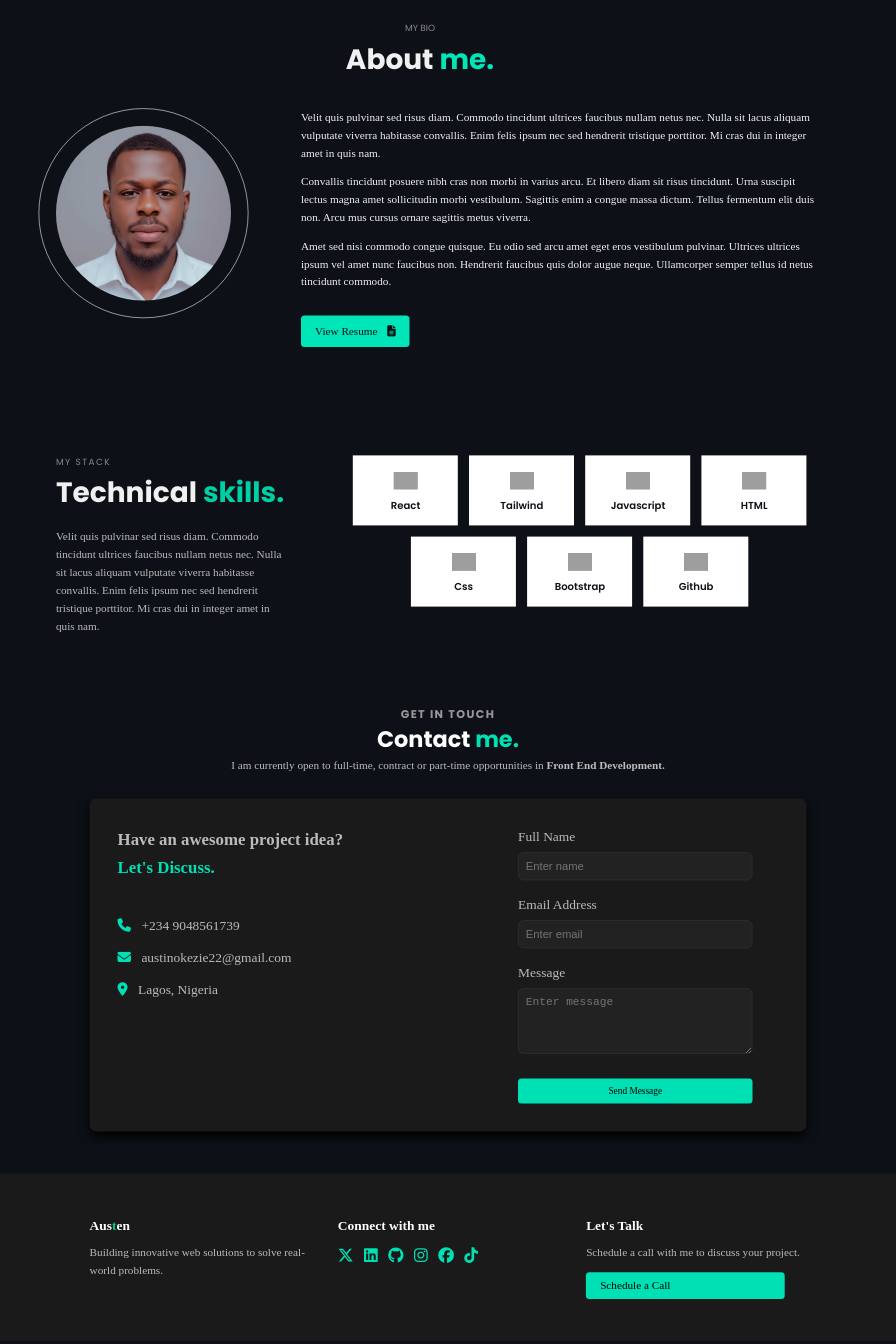
Repository: Austinokezie/Myportfolio
Page: index.html
The author's editor kept a copy of each file at every save. The page is drawn from the files as they stood at one save, then again after the next save.
The browser window is 1280 px wide. The pictures show the part of the page from y = 2021 to 3941 px (the page is 3941 px tall), at 70% of full size.
Pictures or frames that could not be fetched are drawn as grey boxes. Some web fonts or font styles are not loaded; a fallback is used.

Above is the page before, as saved 2025-10-15 01:14:08.

After the next save:
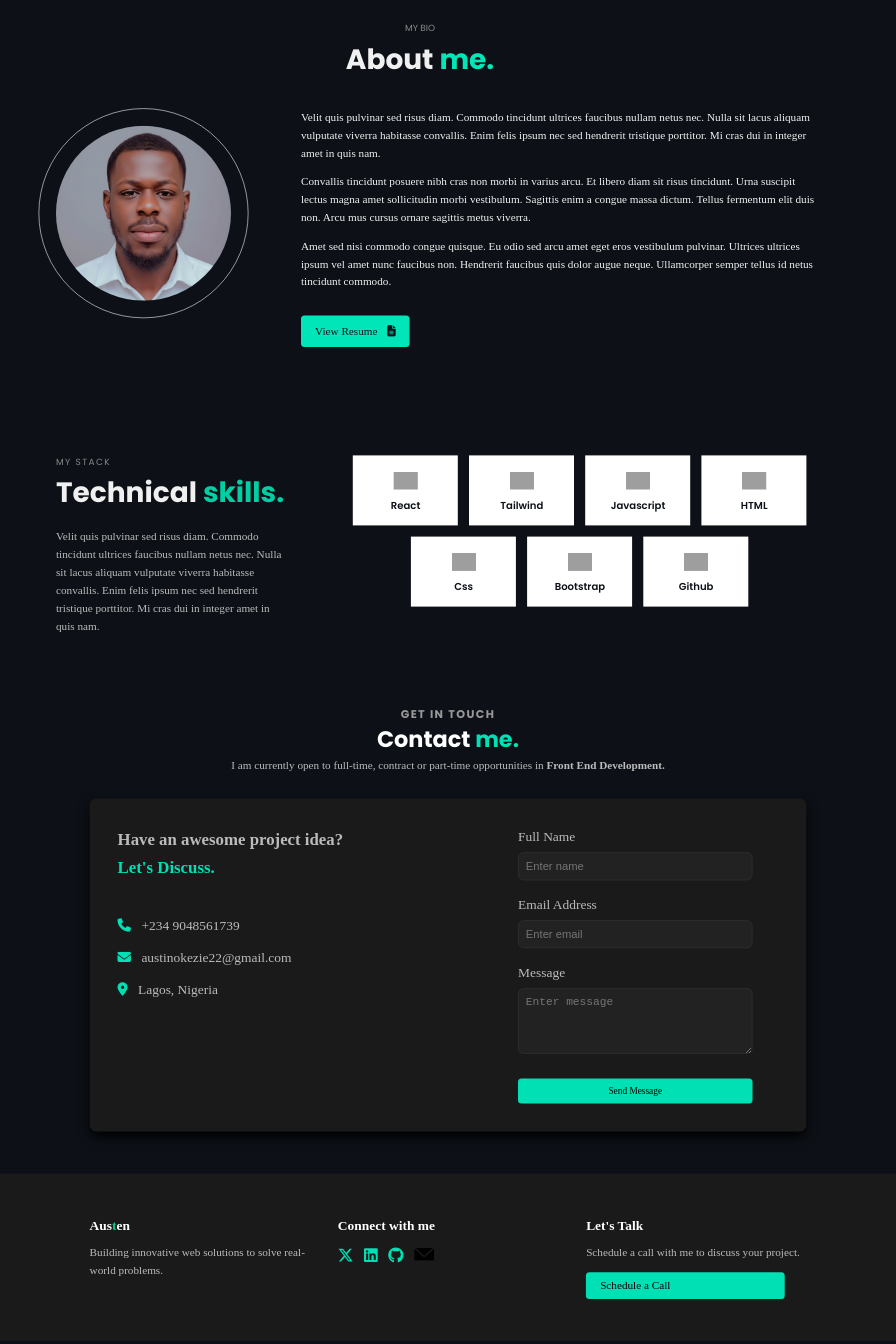
Saved 86 s later.
--- a/index.html
+++ b/index.html
@@ -265,9 +265,9 @@
                    <a href="#"><i class="fab fa-x-twitter"></i></a>
                    <a href="#"><i class="fab fa-linkedin"></i></a>
                    <a href="#"><i class="fab fa-github"></i></a>
-                   <a href="#"><i class="fab fa-instagram"></i></a>
-                   <a href="#"><i class="fab fa-facebook"></i></a>
-                   <a href="#"><i class="fab fa-tiktok"></i></a>
+                   <a href="#"><img src="./Asset/icons8-email-30.png" alt=""></a>
+                   <!-- <a href="#"><i class="fab fa-facebook"></i></a>
+                   <a href="#"><i class="fab fa-tiktok"></i></a> -->
                 </div>
            </div>
 
